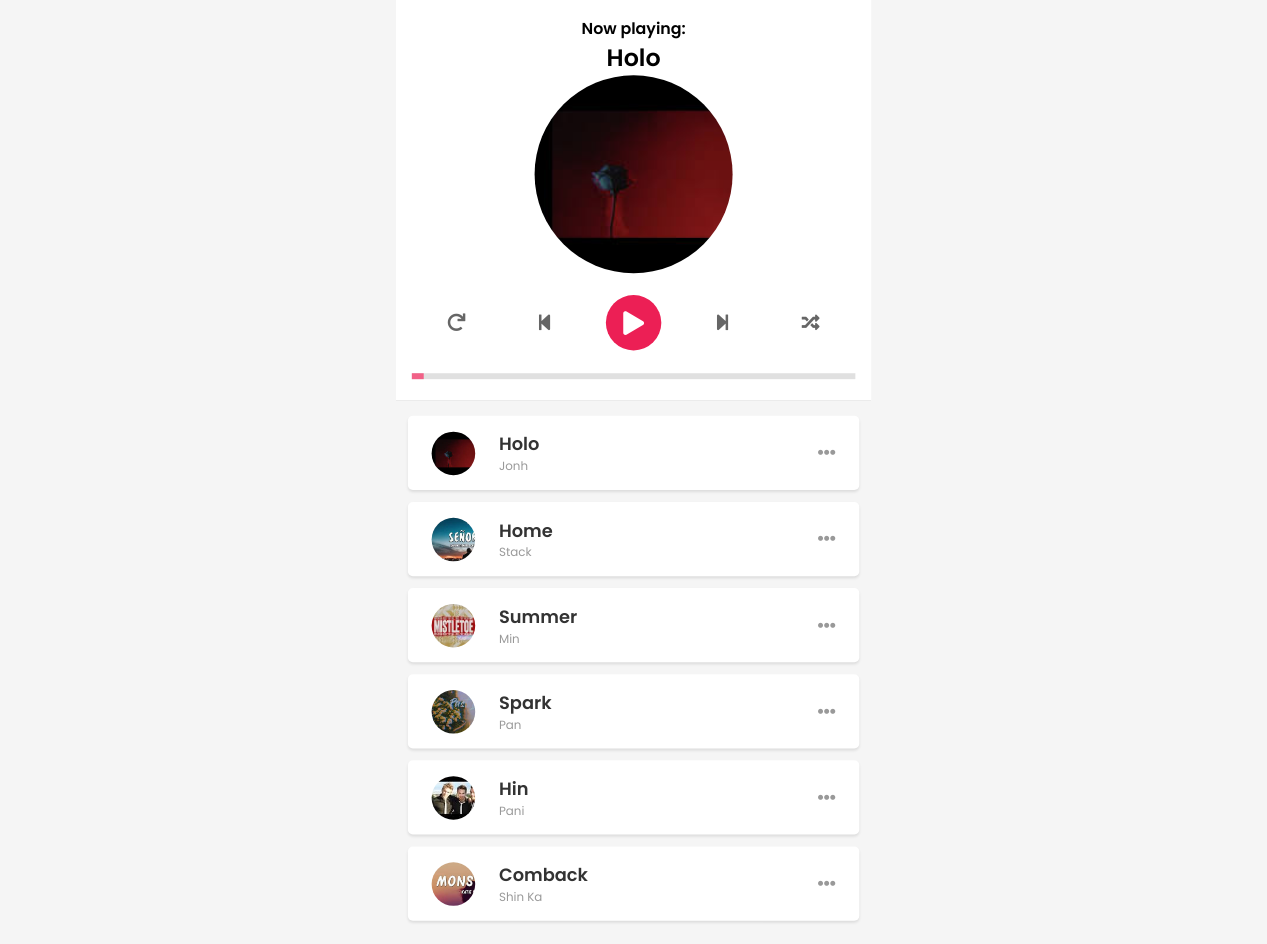
Repository: MinhNhatIT2901/Mp3-clon
Page: index.html
These files come from the project's save history. The page is drawn as it stood at one moment and after the next save; the edit follows.
The browser window is 1280 px wide. The pictures show the whole page, at 99% of full size.
Pictures or frames that could not be fetched are drawn as grey boxes.

Above is the page before, as saved 2022-01-01 22:33:52.

### index.html
<!DOCTYPE html>
<html lang="en">
<head>
    <meta charset="UTF-8">
    <meta http-equiv="X-UA-Compatible" content="IE=edge">
    <meta name="viewport" content="width=device-width, initial-scale=1.0">
    <title>Document</title>
    <link rel="stylesheet" href="./asset/css/app.css">
    <link rel="stylesheet" href="https://cdnjs.cloudflare.com/ajax/libs/font-awesome/5.15.2/css/all.min.css" integrity="sha512-HK5fgLBL+xu6dm/Ii3z4xhlSUyZgTT9tuc/hSrtw6uzJOvgRr2a9jyxxT1ely+B+xFAmJKVSTbpM/CuL7qxO8w==" crossorigin="anonymous" />
    <link rel="preconnect" href="https://fonts.gstatic.com">
    <link href="https://fonts.googleapis.com/css2?family=Poppins:wght@300;400;600&display=swap" rel="stylesheet">
</head>
<body>
    <div class="player">
        <div class="dashboard">
            <div class="header" style="text-align: center">
                <h4>Now playing:</h4>
                <h2 class="header-name">String 57th & 9th</h2>
            </div>

            <div class="cd">
                <div class="cd-thumb" style="background-image: url('https://i.ytimg.com/vi/jTLhQf5KJSc/maxresdefault.jpg')">
                </div>
            </div>

            <div class="control">
                <div class="btn btn-repeat">
                    <i class="fas fa-redo"></i>
                </div>
                <div class="btn btn-prev">
                    <i class="fas fa-step-backward"></i>
                </div>
                <div class="btn btn-toggle-play">
                    <i class="fas fa-pause icon-pause"></i>
                    <i class="fas fa-play icon-play"></i>
                </div>
                <div class="btn btn-next">
                    <i class="fas fa-step-forward"></i>
                </div>
                <div class="btn btn-random">
                    <i class="fas fa-random"></i>
                </div>
            </div>

            <input id="progress" class="progress" type="range" value="0" step="1" min="0" max="100">
            <audio id="audio" src=""></audio>
        </div>

        <div class="playlist">
        </div>
    </div>
</body>
    <script src="./asset/css/app.js"></script>
</html>

### asset/css/app.css
:root {
  --primary-color: #ec1f55;
  --text-color: #333;
}

* {
  padding: 0;
  margin: 0;
  box-sizing: inherit;
}

body {
  background-color: #f5f5f5;
}

html {
  box-sizing: border-box;
  font-family: "Poppins", sans-serif;
}

.player {
  position: relative;
  max-width: 480px;
  margin: 0 auto;
}

.player .icon-pause {
  display: none;
}

.player.playing .icon-pause {
  display: inline-block;
}

.player.playing .icon-play {
  display: none;
}

.dashboard {
  padding: 16px 16px 14px;
  background-color: #fff;
  position: fixed;
  top: 0;
  width: 100%;
  max-width: 480px;
  border-bottom: 1px solid #ebebeb;
}

/* HEADER */
header {
  text-align: center;
  margin-bottom: 10px;
}

header h4 {
  color: var(--primary-color);
  font-size: 12px;
}

header h2 {
  color: var(--text-color);
  font-size: 20px;
}

/* CD */
.cd {
  display: flex;
  margin: auto;
  width: 200px;
}

.cd-thumb {
  width: 100%;
  padding-top: 100%;
  border-radius: 50%;
  background-color: #333;
  background-size: cover;
  margin: auto;
}

/* CONTROL */
.control {
  display: flex;
  align-items: center;
  justify-content: space-around;
  padding: 18px 0 8px 0;
}

.control .btn {
  color: #666;
  padding: 18px;
  font-size: 18px;
}

.control .btn.active {
  color: var(--primary-color);
}

.control .btn-toggle-play {
  width: 56px;
  height: 56px;
  border-radius: 50%;
  font-size: 24px;
  color: #fff;
  display: flex;
  align-items: center;
  justify-content: center;
  background-color: var(--primary-color);
}

.progress {
  width: 100%;
  -webkit-appearance: none;
  height: 6px;
  background: #d3d3d3;
  outline: none;
  opacity: 0.7;
  -webkit-transition: 0.2s;
  transition: opacity 0.2s;
}

.progress::-webkit-slider-thumb {
  -webkit-appearance: none;
  appearance: none;
  width: 12px;
  height: 6px;
  background-color: var(--primary-color);
  cursor: pointer;
}

/* PLAYLIST */
.playlist {
  margin-top: 408px;
  padding: 12px;
}

.song {
  display: flex;
  align-items: center;
  margin-bottom: 12px;
  background-color: #fff;
  padding: 8px 16px;
  border-radius: 5px;
  box-shadow: 0 2px 3px rgba(0, 0, 0, 0.1);
}

.song.active {
  background-color: var(--primary-color);
}

.song:active {
  opacity: 0.8;
}

.song.active .option,
.song.active .author,
.song.active .title {
  color: #fff;
}

.song .thumb {
  width: 44px;
  height: 44px;
  border-radius: 50%;
  background-size: cover;
  margin: 0 8px;
}

.song .body {
  flex: 1;
  padding: 0 16px;
}

.song .title {
  font-size: 18px;
  color: var(--text-color);
}

.song .author {
  font-size: 12px;
  color: #999;
}

.song .option {
  padding: 16px 8px;
  color: #999;
  font-size: 18px;
}

### asset/css/app.js
const $ = document.querySelector.bind(document);
const $$ = document.querySelectorAll.bind(document);

const cd = $('.cd');
const heading = $('.header-name');
const cdThumb = $('.cd-thumb');
const audio = $('#audio');
const playBtn = $('.btn-toggle-play');
const player = $('.player');

const app = {
    currentIndex: 0,
    // isPlaying = false,
    songs: [
        {
            name: 'Holo',
            singer: 'Jonh',
            path: './asset/music/holo.mp3',
            image: './asset/img/img1.jpg'
        },
        {
            name: 'Home',
            singer: 'Stack',
            path: './asset/music/home.mp3',
            image: './asset/img/img2.jpg'
        },
        {
            name: 'Summer',
            singer: 'Min',
            path: './asser/music/mp3_music_summer.mp3',
            image: './asset/img/img3.jpg'
        },
        {
            name: 'Spark',
            singer: 'Pan',
            path: './asset/music/spark.mp3',
            image: './asset/img/img4.jpg'
        },
        {
            name: 'Hin',
            singer: 'Pani',
            path: './asset/music/home.mp',
            image: './asset/img/img5.jpg'
        },
        {
            name: 'Comback',
            singer: 'Shin Ka',
            path: './asset/music/spark.mp3',
            image: './asset/img/img6.jpg'
        },
    ],
    render: function() {
        const htmls = this.songs.map(song => {
            return `
            <div class="song">
                <div class="thumb"
                    style="background-image: url('${song.image}')">
                </div>
                <div class="body">
                    <h3 class="title">${song.name}</h3>
                    <p class="author">${song.singer}</p>
                </div>
                <div class="option">
                    <i class="fas fa-ellipsis-h"></i>
                </div>
            </div>
            `
        })
        $('.playlist').innerHTML = htmls.join('');
    },
    defineProperties: function() {
        Object.defineProperty(this, 'currentSong', {
            get: function() {
                return this.songs[this.currentIndex]
            }
        })
    },
    handleEvents: function() {
        // Xu ly phong to hoac thu nho CD
        const cdWidth = cd.offsetWidth;
        document.onscroll = function() {
            const scrollTop = window.scrollY || document.documentElement.scrollTop;
            const newCdWidth = cdWidth - scrollTop;

            cd.style.width = newCdWidth > 0 ? newCdWidth + 'px' : 0;
            cd.style.opacity = newCdWidth / cdWidth;
        }

        // Xu ly khi click play
        playBtn.onclick = function() {

        audio.play()
        player.classList.add('playing')
        }

    },
    loadCurrentSong: function() {
        heading.textContent = this.currentSong.name;
        cdThumb.style.backgroundImage = `url('${this.currentSong.image}')`;
        audio.src = this.currentSong.path;
    },
    start: function() {
        // Định nghĩa các thuộc tính cho object
        this.defineProperties();

        // Lắng nghe / xử lý các sự kiện (DOM event)
        this.handleEvents();

        // Load thong tin bai hat dau tien vao` UI
        this.loadCurrentSong();

        // Render playlist
        this.render();
    }
}

app.start();

After the next save:
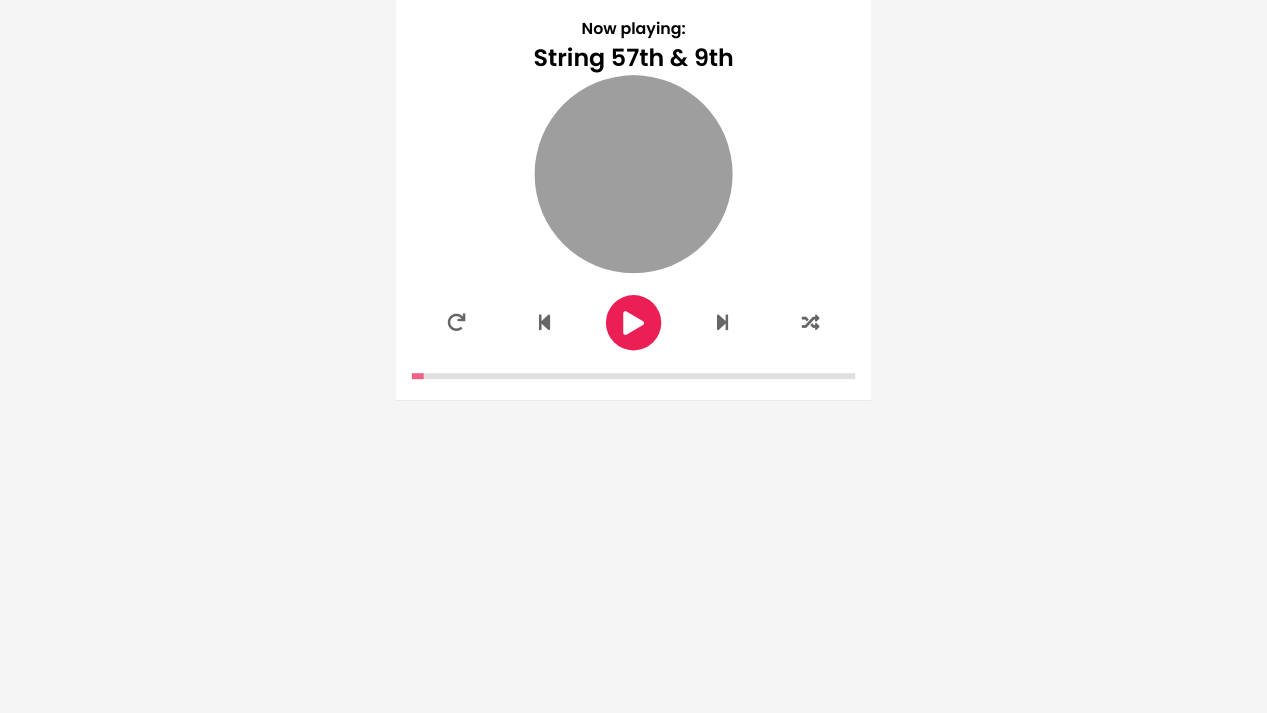
Console error: SyntaxError: Invalid shorthand property initializer
Saved 5 s later.
--- a/asset/css/app.js
+++ b/asset/css/app.js
@@ -10,7 +10,7 @@
 
 const app = {
     currentIndex: 0,
-    // isPlaying = false,
+    isPlaying = false,
     songs: [
         {
             name: 'Holo',

After the save that followed:
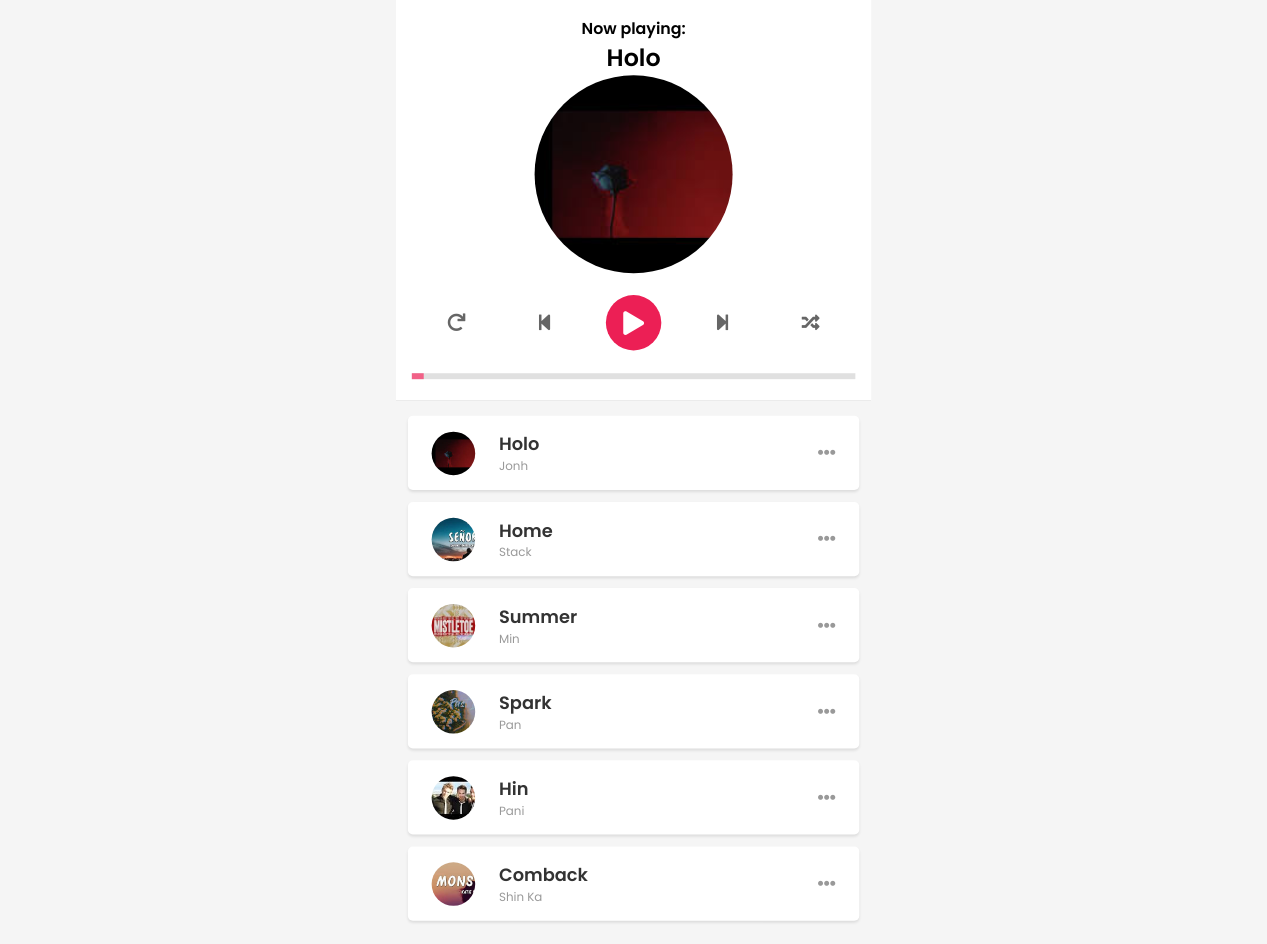
The error is gone.
Saved 6 s later.
--- a/asset/css/app.js
+++ b/asset/css/app.js
@@ -10,7 +10,7 @@
 
 const app = {
     currentIndex: 0,
-    isPlaying = false,
+    // isPlaying = false,
     songs: [
         {
             name: 'Holo',
